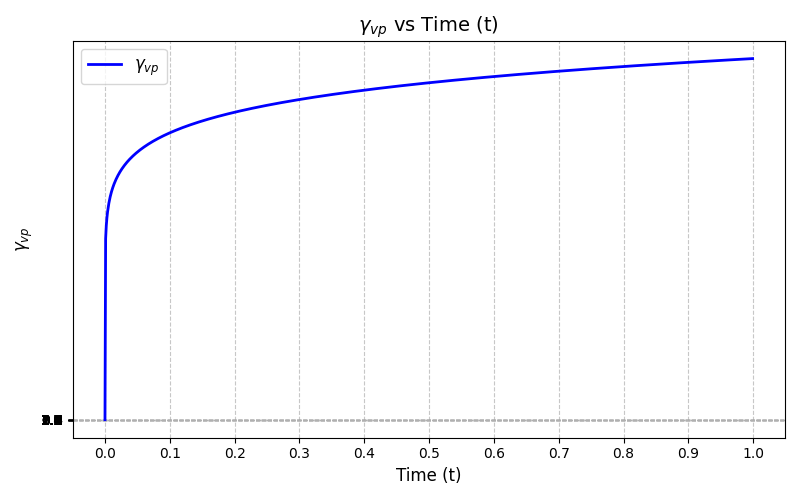
Repository: ajacquey/beaver
Script's output: python examples/viscoelasticity/Lemaitre/Lemaitre_analytical/Lemaitre_analytical.py
The author's editor kept a copy of each file at every save. The script's output is drawn from the files as they stood at one save, then again after the next save.
Random numbers start from a fixed seed.

Above is the script's output before, as saved 2025-05-28 18:18:39.

### examples/viscoelasticity/Lemaitre/Lemaitre_analytical/Lemaitre_analytical.py
import numpy as np
import matplotlib.pyplot as plt
import csv

def calculate_gamma_vp(t, A_r=1, T_r=289, T=289, q=2e6, A_2=1, alpha=0.1, beta=1.48):
    """Calculate the analytical solution for gamma_vp"""
    exponent = A_r * ((1 / T_r) - (1 / T))
    numerator = alpha * np.exp(exponent)
    denominator = alpha
    first_term = (numerator / denominator) ** alpha
    second_term = (q / A_2) ** beta
    return first_term * second_term * (t ** alpha)

# Time range from 0 to 1 with step 0.1
t_values = np.arange(0, 1.0, 0.001)

# Calculate gamma_vp for each time point
gamma_vp_values = [calculate_gamma_vp(t) for t in t_values]

# --- Save to CSV ---
with open('Lemaitre.csv', 'w', newline='') as csvfile:
    writer = csv.writer(csvfile)
    writer.writerow(['Time (t)', 'Gamma_vp'])
    for t, gamma in zip(t_values, gamma_vp_values):
        writer.writerow([t, gamma])

# --- Create Plot ---
plt.figure(figsize=(8, 5))
plt.plot(t_values, gamma_vp_values, 'b-', linewidth=2)
plt.legend([r'$\gamma_{vp}$'], loc='upper left', fontsize=12)
plt.title(r'$\gamma_{vp}$ vs Time (t)', fontsize=14)
plt.xlabel('Time (t)', fontsize=12)
plt.ylabel(r'$\gamma_{vp}$', fontsize=12)
plt.grid(True, linestyle='--', alpha=0.7)
plt.xticks(np.arange(0, 1.1, 0.1))
plt.yticks(np.arange(0, 3.1, 0.1))
plt.tight_layout()

# Save and show plot
plt.savefig('gamma_vp_plot.png', dpi=300)
plt.show()

print("Results saved to:")
print("- CSV file: 'Lemaitre.csv'")
print("- Plot: 'gamma_vp_plot.png'")

After the next save:
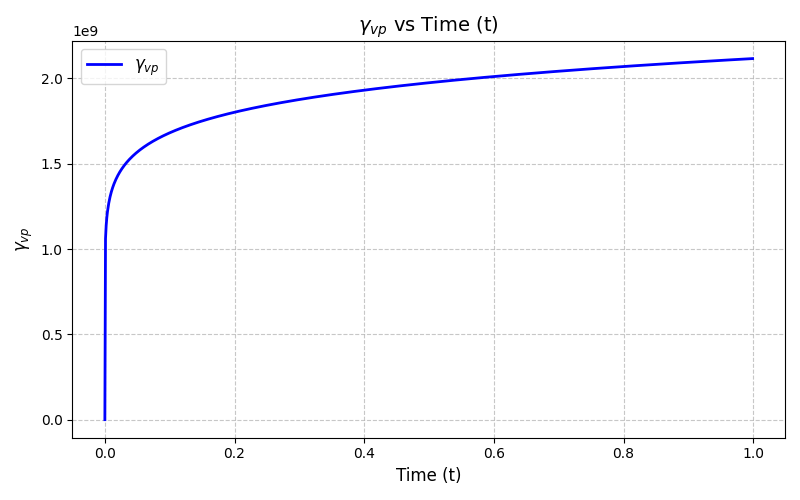
Saved 3 min 18 s later.
--- a/examples/viscoelasticity/Lemaitre/Lemaitre_analytical/Lemaitre_analytical.py
+++ b/examples/viscoelasticity/Lemaitre/Lemaitre_analytical/Lemaitre_analytical.py
@@ -32,8 +32,9 @@ plt.title(r'$\gamma_{vp}$ vs Time (t)', fontsize=14)
 plt.xlabel('Time (t)', fontsize=12)
 plt.ylabel(r'$\gamma_{vp}$', fontsize=12)
 plt.grid(True, linestyle='--', alpha=0.7)
-plt.xticks(np.arange(0, 1.1, 0.1))
-plt.yticks(np.arange(0, 3.1, 0.1))
+# Remove these two lines to auto-scale:
+# plt.xticks(np.arange(0, 1.1, 0.1))
+# plt.yticks(np.arange(0, 3.1, 0.1))
 plt.tight_layout()
 
 # Save and show plot
